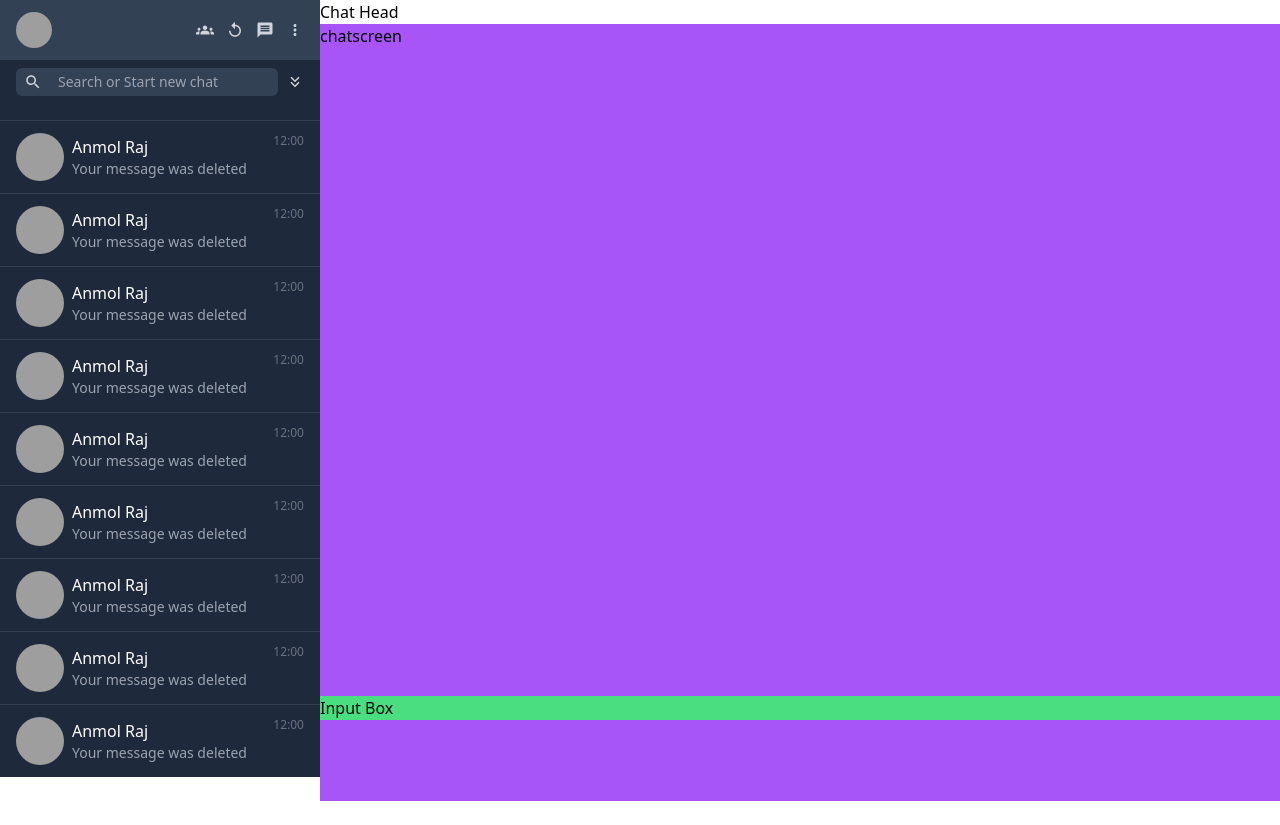
Repository: theanmol-raj/whatsapp
Page: /
The author's editor kept a copy of each file at every save. The page is drawn from the files as they stood at one save, then again after the next save.
The browser window is 1280 px wide. The pictures show the whole page.
Pictures or frames that could not be fetched are drawn as grey boxes. The project was rebuilt for these pictures with package versions that can differ from the ones it lists, and the page was loaded fresh each time.

Above is the page before, as saved 2022-12-03 22:17:28.

### src/index.js
import React from 'react';
import ReactDOM from 'react-dom/client';
import './index.css';
import App from './App';






const root = ReactDOM.createRoot(document.getElementById('root'));

root.render(
  <App />
);

### src/App.js
import Homescreen from "./Screens/Homescreen";

function App() {

  return (
    <div className="h-screen w-screen bg-slate-900">
      <Homescreen />
      {/* LoginScreen */}
    </div>
  );
}

export default App;

### src/Screens/Homescreen.jsx
import React from 'react'
import ChatScreen from '../Components/ChatScreen'
import ContactList from '../Components/ContactList'

function Homescreen() {
  return (
    <div className=' w-full max-w-[95rem] grid grid-cols-4 h-screen bg-red-500 mx-auto'>
        {/* Contact List */}
            <ContactList />
        {/* Message Box */}
            <ChatScreen />

    </div>
  )
}

export default Homescreen

### src/Components/ChatScreen.jsx
import React from 'react'

function ChatScreen() {
  return (
    <div className=' bg-yellow-400 col-span-3 relative'>
        <div className=' w-full bg-white sticky top-0'>
                Chat Head
        </div>
        <div className=' h-full bg-purple-500'>
                chatscreen
        </div>
        <div className=' w-full sticky bottom-0 bg-green-400'>
                Input Box
        </div>
    </div>
  )
}

export default ChatScreen

### src/Components/ContactList.jsx
import React from 'react'
import GroupsIcon from '@mui/icons-material/Groups';
import ReplayIcon from '@mui/icons-material/Replay';
import MessageIcon from '@mui/icons-material/Message';
import MoreVertIcon from '@mui/icons-material/MoreVert';
import KeyboardDoubleArrowDownIcon from '@mui/icons-material/KeyboardDoubleArrowDown';
import SearchIcon from '@mui/icons-material/Search';
import ContactCard from './ContactCard';


function ContactList() {
  return (
    <div className=' bg-slate-800'>
      <div className=' flex justify-between items-center p-3 px-4 bg-slate-700'>
        <img className=' rounded-full h-9 w-9' alt='' src="https://pps.whatsapp.net/v/t61.24694-24/158723607_419193396439292_5955373819812020282_n.jpg?stp=dst-jpg_s96x96&ccb=11-4&oh=01_AdRKjHR9ktMhs2HrAksQulr5trvWOTtpB53hlyDh0ZECbw&oe=63986EC2" />
        <div className=' flex text-gray-300 text-lg space-x-3'>
          <GroupsIcon fontSize='inherit' />
          <ReplayIcon fontSize='inherit' />
          <MessageIcon fontSize='inherit' />
          <MoreVertIcon fontSize='inherit' />
        </div>

      </div>
      <div className=' flex items-center text-gray-300 px-4 py-2 text-lg space-x-2'>
        <div className='flex items-center w-full bg-slate-700 space-x-4 px-2 py-1 rounded-md'>
          <SearchIcon fontSize='inherit' />
          <input placeholder='Search or Start new chat' className=' bg-transparent text-sm w-full' />
        </div>
        <KeyboardDoubleArrowDownIcon fontSize='inherit' />
      </div>

      <div className='mt-4'>
        <ContactCard showName="Arbaz" />
        <ContactCard showName="Arfat" />
        <ContactCard showName="Sumera" />
        <ContactCard showName="Lubna" />
        <ContactCard showName="Ejaz" />
        <ContactCard showName="Misba" />
        <ContactCard showName="Simeen" />
        <ContactCard showName="Farha" />
        <ContactCard showName="Nikhat" />
      </div>

    </div>
  )
}

export default ContactList

### src/Components/ContactCard.jsx
import React from 'react'




function ContactCard(props) {
    console.log(props)


  return (
    <div className='text-gray-500 border-t py-3 border-slate-700 text-sm'>
        <div className=' flex justify-between mx-4'>
            <div className=' flex space-x-2 items-center'>
                <img className=' rounded-full h-12 w-12' alt='' src="https://pps.whatsapp.net/v/t61.24694-24/158723607_419193396439292_5955373819812020282_n.jpg?stp=dst-jpg_s96x96&ccb=11-4&oh=01_AdRKjHR9ktMhs2HrAksQulr5trvWOTtpB53hlyDh0ZECbw&oe=63986EC2" />
                <div>
                    <p className=' text-white text-base'>Anmol Raj</p>
                    <p className=' text-gray-400'> Your message was deleted</p>
                </div>
            </div>
            <div>
                <p className='text-xs '>12:00</p>
            </div>
        </div>
    </div>
  )
}

export default ContactCard

Loaded but not shown: public/index.html (common file); src/index.css (common file); tailwind.config.js (common file)

After the next save:
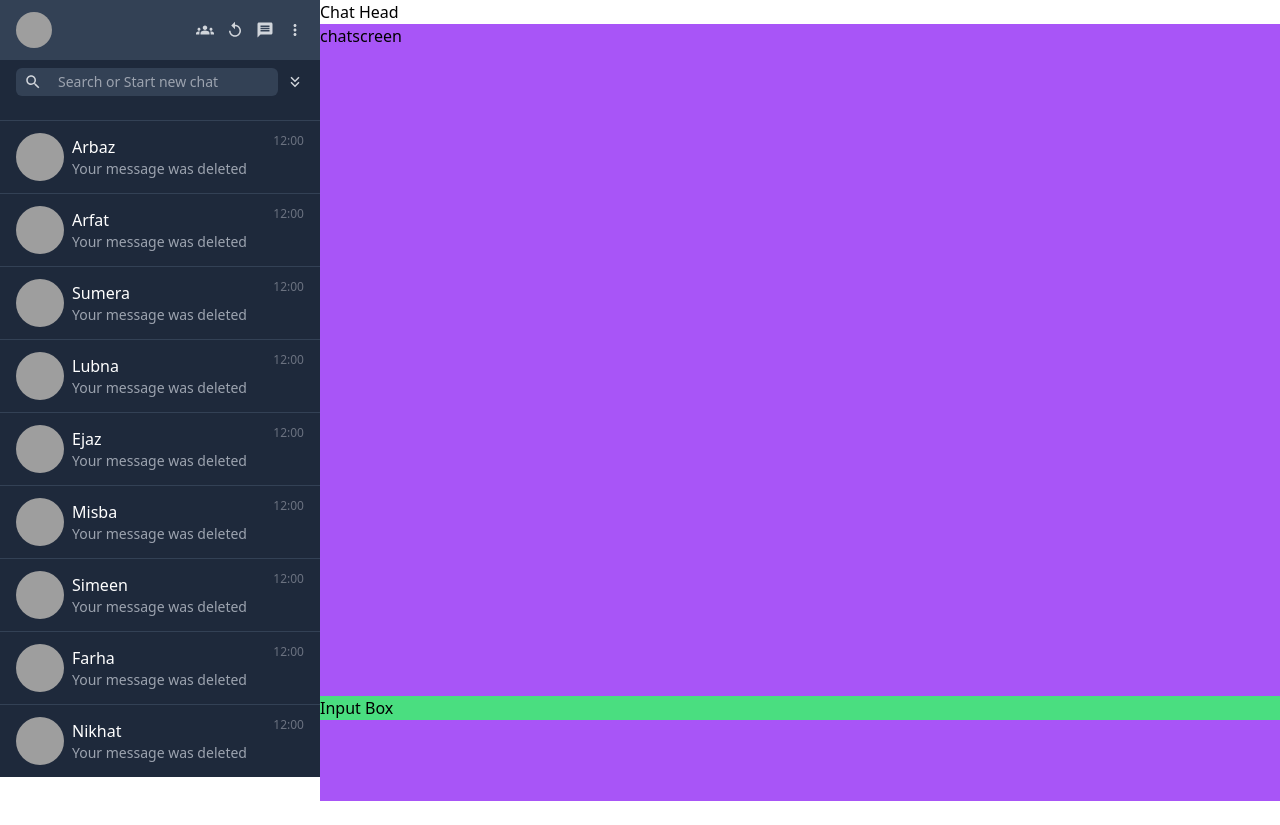
Saved 47 s later.
--- a/src/Components/ContactCard.jsx
+++ b/src/Components/ContactCard.jsx
@@ -13,7 +13,7 @@ function ContactCard(props) {
             <div className=' flex space-x-2 items-center'>
                 <img className=' rounded-full h-12 w-12' alt='' src="https://pps.whatsapp.net/v/t61.24694-24/158723607_419193396439292_5955373819812020282_n.jpg?stp=dst-jpg_s96x96&ccb=11-4&oh=01_AdRKjHR9ktMhs2HrAksQulr5trvWOTtpB53hlyDh0ZECbw&oe=63986EC2" />
                 <div>
-                    <p className=' text-white text-base'>Anmol Raj</p>
+                    <p className=' text-white text-base'>{props.showName}</p>
                     <p className=' text-gray-400'> Your message was deleted</p>
                 </div>
             </div>
